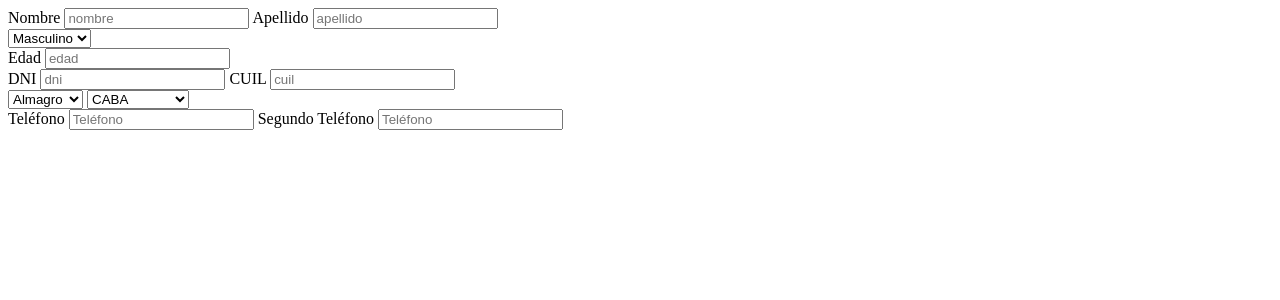
Repository: oskiman18/TP-Final
Page: http://localhost/Tp_integrador_grupo_2/perfil.jsp
These files come from the project's save history. The page is drawn as it stood at one moment and after the next save; the edit follows.
The browser window is 1280 px wide. The pictures show the whole page.
The page is served by Tomcat 9.

Above is the page before, as saved 2021-06-23 16:26:02.

After the next save:
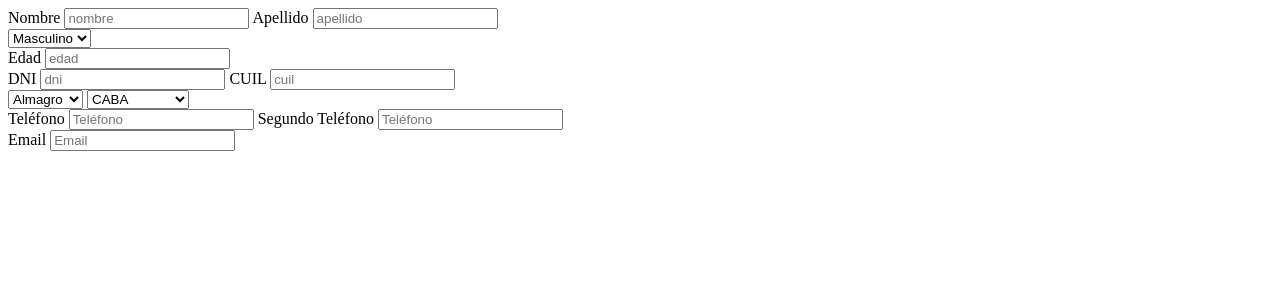
Saved 67 s later.
--- a/Tp_integrador_grupo_2/src/main/webapp/perfil.jsp
+++ b/Tp_integrador_grupo_2/src/main/webapp/perfil.jsp
@@ -58,6 +58,11 @@
 				<input name='tel2' type='number' placeholder='Teléfono'>
 			</div>
 
+			<div>
+				<label for='email'>Email</label>
+				<input name='email' type='number' placeholder='Email'>
+			</div>
+
 		</form>
 	</body>
 
